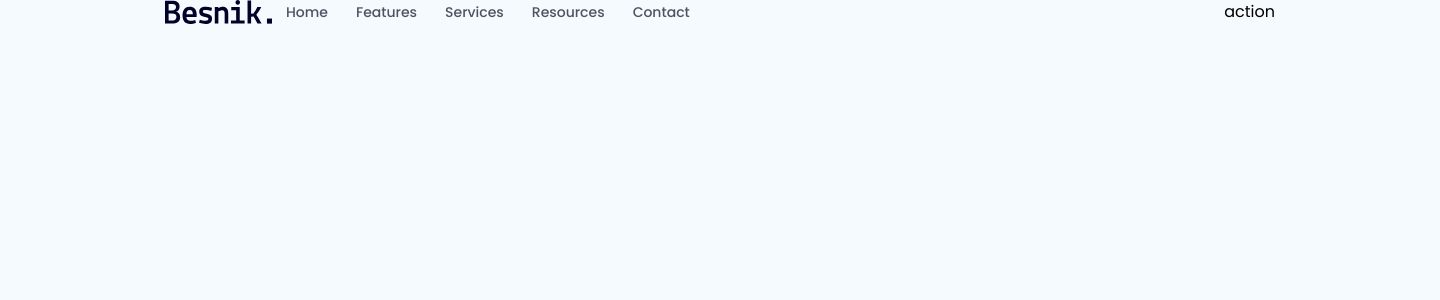
Repository: Tctiensk/f8-htmlcss-01
Page: index.html
These files come from the project's save history. The page is drawn as it stood at one moment and after the next save; the edit follows.
The browser window is 1280 px wide. The page is 1440 px wide, so the pictures cover 1440 px, including what lies to the right of the window. The pictures show the whole page.

Above is the page before, as saved 2022-11-29 12:03:23.

After the next save:
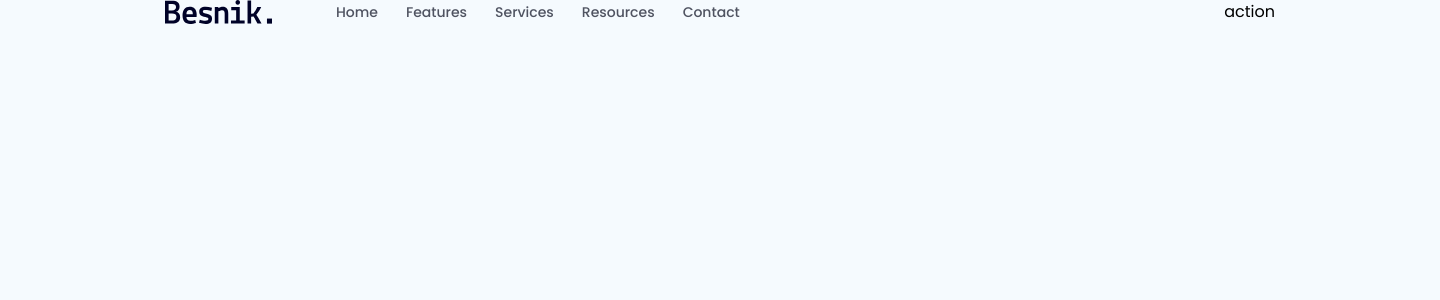
Saved 98 s later.
--- a/assets/css/style.css
+++ b/assets/css/style.css
@@ -41,3 +41,6 @@
     color: #4f5361;
     padding: 8px 1.4rem;
 }
+img {
+    margin-right: 50px;
+}
